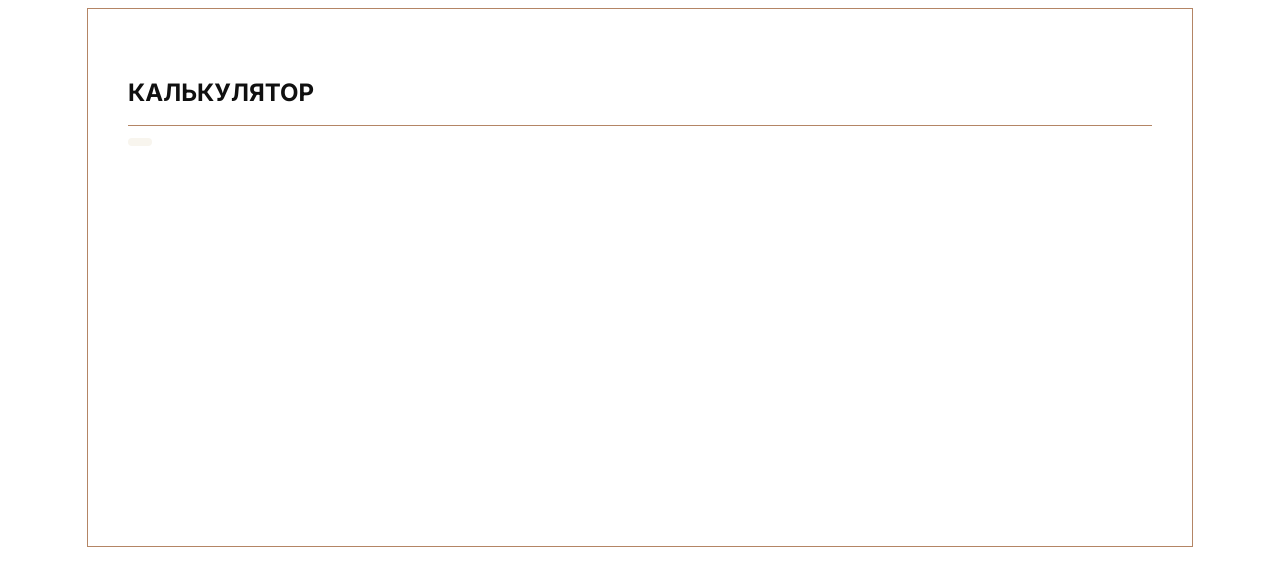
Repository: Kirill2034/Calculator-metal
Page: /
These files come from the project's save history. The page is drawn as it stood at one moment and after a run of saves; the edit follows.
The browser window is 1280 px wide. The pictures show the whole page.
The project was rebuilt for these pictures with package versions that can differ from the ones it lists, and the page was loaded fresh each time.

Above is the page before, as saved 2021-11-27 16:17:12.

After the next 2 saves:
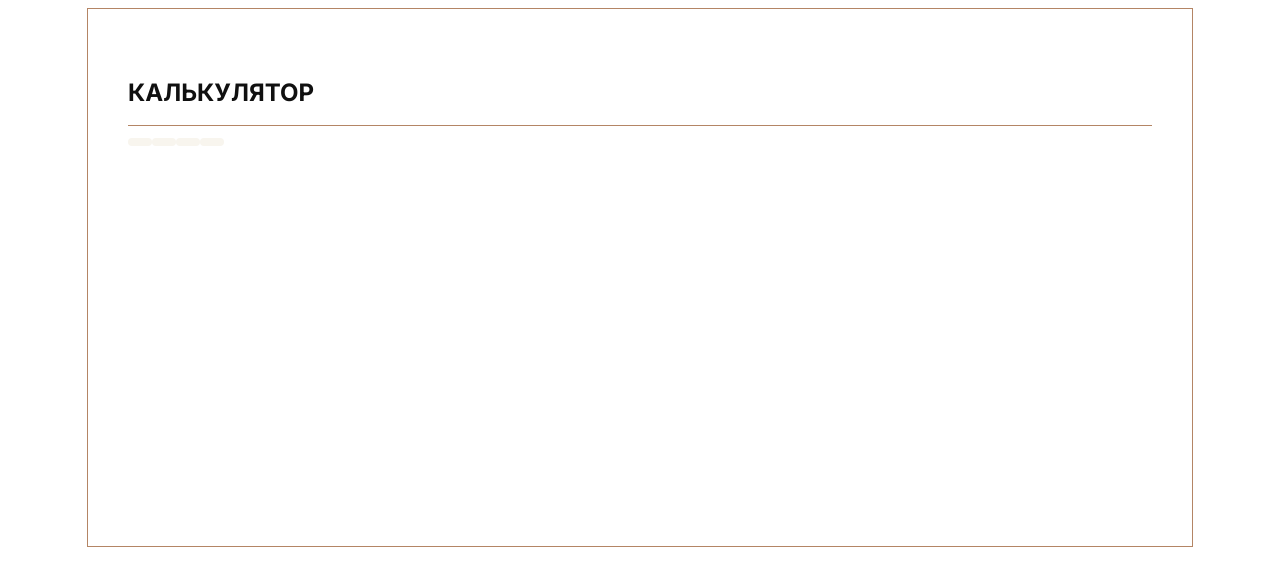
The 2 saves are shown as one change because 1 did not build or start.
The last was saved 10 min 16 s later.
--- a/src/App.js
+++ b/src/App.js
@@ -1,14 +1,52 @@
+import React, { useState } from 'react';
 import './App.css';
 import {BtnRadio} from './components/BtnRadio';
 
-function App() {
+const metals = [
+  {
+    id: 1,
+    code: "gold",
+    title: "Золото",
+    finenessList: [
+      {id: 1, value: 375, cash: 90, checkingAccount: 100},
+      {id: 1, value: 575, cash: 190, checkingAccount: 250}
+    ]
+  },
+  {
+    id: 1,
+    code: "argent",
+    title: "Серебро",
+    finenessList: [
+      {id: 1, value: 375, cash: 90, checkingAccount: 100},
+      {id: 1, value: 575, cash: 190, checkingAccount: 250}
+    ]
+  },
+  {},
+  {},
+]
+
+const App = () => {
+
+  const [selectedMetalId, setselectedMetalId] = useState(null);
+
+  const onMetalItemClick = (id) => {
+    setselectedMetalId(id);
+  };
+
   return (
     <div className="App">
       <div className="title">
         <h2>Калькулятор</h2>
       </div>
       <div className="calculator">
-        <BtnRadio value="Золото"/>
+        {metals.map((metal) => (
+          <BtnRadio
+            key={metal.id}
+            item={metal}
+            selected={selectedMetalId === metal.id}
+            onClick={onMetalItemClick}
+            />
+        ))}
       </div>
     </div>
   );
